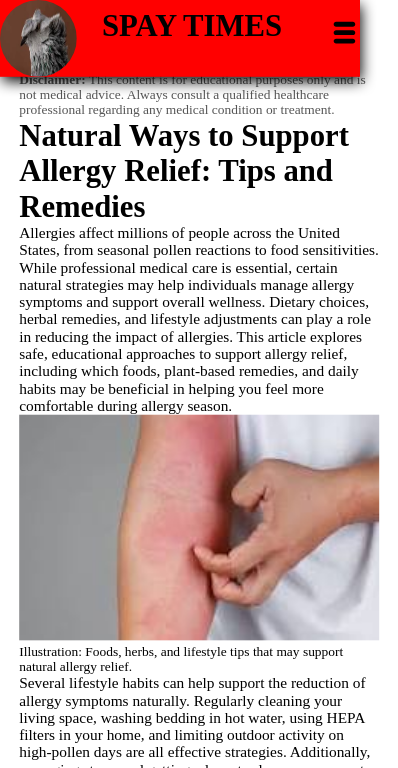
Repository: ridhukhan/spytimes
Page: /allergy
These files come from the project's save history. The page is drawn as it stood at one moment and after the next save; the edit follows.
The browser window is 375 px wide. The page is 375 px wide, then 415 px, so the pictures cover 415 px, including what lies to the right of the window. The pictures show the whole page, at 96% of full size.
The project was rebuilt for these pictures with package versions that can differ from the ones it lists, and the page was loaded fresh each time. Also part of the build but not shown: vite.config.js, src/components/ads/AdBanner.jsx, src/components/ads/AdEffective.jsx, src/pages/home/Home.jsx, src/components/policy/PrivecyPolicy.jsx, src/components/policy/Terms.jsx, src/components/trending/TrendingDetails.jsx, src/components/ads/ExoclicBanner.jsx and 8 more.

Above is the page before, as saved 2026-01-18 23:28:45.

### index.html
<!doctype html>
<html lang="en">
  <head>
    <meta charset="UTF-8" />
    <link rel="icon" type="image/svg+xml" href="/vite.svg" />
    <meta name="6a97888e-site-verification" content="945cf2ffcb6885b11db89e632c2e0750">
    <meta name="viewport" content="width=device-width, initial-scale=1.0" />
    <meta property="og:type" content="website">
<meta property="og:url" content="https://spaytimes.xyz/">
<meta property="og:title" content="আরোহী মিম এর ভাইরাল লিঙ্ক দেখুন সম্পুর্ণ ফ্রী">
<meta property="og:description" content="আরোহী মিম এর গোপন ভিডিও ভাইরাল 🤣">
<meta property="og:image" content="https://spaytimes.xyz/arohimim3.jpeg">
    <title>spytimes</title>
  </head>
  <body>
     <div id="root"></div>

  <script src="https://pl28443803.effectivegatecpm.com/1b/d9/87/1bd987ff830d9e3e8ebb0abed211b9af.js"></script>
<script type="module" src="/src/main.jsx"></script>
<script src="https://pl28446687.effectivegatecpm.com/db/73/91/db7391edcda54695481a78d6831c495e.js"></script>
 </body>
</html>

### src/main.jsx
import {BrowserRouter} from "react-router-dom"

import { createRoot } from 'react-dom/client'
import './index.css'
import App from './App.jsx'
import { StrictMode } from "react"
createRoot(document.getElementById('root')).render(

    <BrowserRouter>
    <App />
    </BrowserRouter>

 ,
)

### src/index.css
@media screen and (max-width:500px){
  *{
    width: 100%;
    padding:0;
margin: 0;
  }


  body{
    width: 100%;
    position: fixed;
    zoom: 0%;
  }
}

### src/App.jsx
import { Route, Routes } from "react-router-dom"
import Navbar from "./nav/Navbar"
import Home from "./pages/home/Home"
import PrivecyPolicy from "./components/policy/PrivecyPolicy"
import Terms from "./components/policy/Terms"
import TrendingDetails from "./components/trending/TrendingDetails"
import Dieabeties from "./pages/heath/Dieabeties"
import Health from "./pages/heath/Health"
import Allergy from "./pages/heath/Allergy"
import WeightLose from "./pages/heath/WeightLose"
import Bangla from "./pages/heath/Bangla"
import Panisgrowth from "./pages/heath/Panisgrowth"
import NoakhaillaLinks from "./components/ViralLinks/NoakhaillaLinks"
import CallmeBaby from "./components/ViralLinks/CallmeBaby"

function App() {

  return (
    <div>

   <Navbar/>

   <Routes>
    <Route path="/" element={<Home/>}/>
    <Route  path="/privecypolicy" element={<PrivecyPolicy/>}/>
    <Route  path="/Terms" element={<Terms/>}/>
    <Route  path="/Trendingdetails" element={<TrendingDetails/>}/>
    <Route path="/blood-sugar-natural-tips" element={<Dieabeties/>}/>
<Route path="/health" element={<Health/>}/>
<Route path="/allergy" element={<Allergy/>}/>
<Route path="/weightlose" element={<WeightLose/>}/>
<Route path="/secret-solution" element={<Bangla/>}/>
<Route path="/panis-growth" element={<Panisgrowth/>}/>

<Route path="/noakhaillalinks" element={<NoakhaillaLinks/>} />
<Route path="/callmebaby" element={<CallmeBaby/>} />




   </Routes>
    </div>
  )
}

export default App

### src/nav/Navbar.jsx
import React from 'react'
import "./Navbar.css"
import { ImCross } from "react-icons/im";
import { TiThMenu } from "react-icons/ti";
import logo from "../assets/download.jpeg"
import { useState } from 'react';
import { Link} from 'react-router-dom';
const Navbar = () => {
    const [openmenu,setOpenmenu]=useState(false)
  return (
    <div style={{position:"fixed",backgroundColor:"red",display:"flex",
    width:"100%", height:"80px", top:"0", zIndex:"1000", boxShadow:"2px 5px 14px black"}}>
<img src={logo} alt="logo" style={{width:"80px", height:"80px", borderRadius:"100%"}}/>
<h1 style={{marginTop:"2%", marginLeft:"7%",}}>SPAY TIMES</h1>
<TiThMenu  onClick={()=>setOpenmenu(!openmenu)}  style={{width:"50px",height:"30px", marginTop:"5%", }}/>

   {openmenu? <div style={{display:"grid",position:"absolute",width:"90%",background:"black", height:"600px", zIndex:"999", marginTop:"10%", borderRadius:"19px", right:"0"}}>
<ImCross onClick={()=>setOpenmenu(null)} style={{ color:"red", left:"0", justifyContent:"flex-start", width:"50px", height:"30px"}}/>

  <ul>


    <Link to={"/"}><li onClick={()=>setOpenmenu(null)}>Home</li></Link>
    <li>USA</li>
    <li>UK</li>
    <li>ASIA</li>
    <Link to={"/health"}><li onClick={()=>setOpenmenu(null)}>Health</li></Link>
   <Link to={"/privecypolicy"}><li   onClick={()=>setOpenmenu(null)} style={{color:"blue"}}>Privecy Policy</li></Link>
<Link to={"/Terms"}><li  onClick={()=>setOpenmenu(null)} style={{color:"blue"}}>Terms &  condition</li></Link>

  </ul>










   </div>: null}
    </div>
  )
}


export default Navbar

### src/pages/heath/Allergy.jsx
import React from 'react';
import alergy from "../../assets/Allergy.jpeg";
import diabetes from "../../assets/diabetes01.png";
import { Link } from 'react-router-dom';

const Allergy = () => {
  return (
    <div style={{marginTop:"20%", padding: "0 20px"}}>

      <p style={{fontSize:"14px",color:"#555"}}>
        <strong>Disclaimer:</strong> This content is for educational purposes only and is not medical advice.
        Always consult a qualified healthcare professional regarding any medical condition or treatment.
      </p>

      <h1>Natural Ways to Support Allergy Relief: Tips and Remedies</h1>



      <p>
        Allergies affect millions of people across the United States, from seasonal pollen reactions to food sensitivities. While professional medical care is essential, certain natural strategies may help individuals manage allergy symptoms and support overall wellness. Dietary choices, herbal remedies, and lifestyle adjustments can play a role in reducing the impact of allergies. This article explores safe, educational approaches to support allergy relief, including which foods, plant-based remedies, and daily habits may be beneficial in helping you feel more comfortable during allergy season.
      </p>

      <a href="https://www.effectivegatecpm.com/b4s3z1g3h3?key=624d68387e04f583c66e77df9c6d18a7" target="_blank" rel="nofollow">
        <img src={alergy} alt="Natural ways to support allergy relief" style={{maxWidth: "100%"}} />
      </a>

      <p style={{fontSize:"14px",color:"black"}}>
        Illustration: Foods, herbs, and lifestyle tips that may support natural allergy relief.
      </p>

      <p>
        Several lifestyle habits can help support the reduction of allergy symptoms naturally. Regularly cleaning your living space, washing bedding in hot water, using HEPA filters in your home, and limiting outdoor activity on high-pollen days are all effective strategies. Additionally, managing stress and getting adequate sleep may support your immune system, helping it respond more effectively to allergens. Avoiding smoking and reducing exposure to strong chemicals or fragrances can also minimize irritation.
        <a href="https://www.effectivegatecpm.com/b4s3z1g3h3?key=624d68387e04f583c66e77df9c6d18a7" target="_blank" rel="nofollow">
          {' '}Explore related resources
        </a>
      </p>



      <a href="https://www.effectivegatecpm.com/b4s3z1g3h3?key=624d68387e04f583c66e77df9c6d18a7" target="_blank" rel="nofollow">
        Explore related resources
      </a>

      <p>
        Many herbs and plants are often used to naturally ease allergy symptoms. Peppermint and eucalyptus leaves can be used in teas or steam inhalation to soothe nasal passages. Stinging nettle, often consumed as tea or capsules,
        <a href="https://www.effectivegatecpm.com/b4s3z1g3h3?key=624d68387e04f583c66e77df9c6d18a7" target="_blank" rel="nofollow">
        Explore related resources
        </a> is discussed for its potential anti-inflammatory properties. Quercetin, a flavonoid found in onions, apples, and capers, may help stabilize cells that release histamines. Ginger and turmeric contain natural anti-inflammatory compounds that may support the body's response to allergens. Always consult a healthcare professional before adding new herbs to your routine.
      </p>

      <a href="https://www.effectivegatecpm.com/b4s3z1g3h3?key=624d68387e04f583c66e77df9c6d18a7" target="_blank" rel="nofollow">
        Explore related resources
      </a>

      <p>
        Creating an allergy-friendly environment at home can also reduce symptoms naturally. Keeping windows closed during high pollen days, using air purifiers, showering after being outdoors, and changing clothes can limit allergen exposure. Wearing a mask outdoors during peak pollen hours and monitoring pollen counts online helps in planning activities. Maintaining a balanced diet, staying hydrated, and regular gentle exercise can support immune resilience. Combining these daily habits with natural dietary and herbal strategies provides a holistic approach to managing allergy symptoms safely.
      </p>

      <p>
        Remember, these approaches are educational and supportive in nature. They are not substitutes for professional medical care. For additional resources and natural strategies that may support allergy relief, explore related tools and guides below.
      </p>



      <a href="https://www.effectivegatecpm.com/b4s3z1g3h3?key=624d68387e04f583c66e77df9c6d18a7" target="_blank" rel="nofollow">
        Explore related resources
      </a>

      <div style={{display:"flex", boxShadow:"4px 7px 15px black", border:"1px solid black", margin: "20px 0"}}>
        <img src={diabetes} alt="Healthy lifestyle tips for supporting blood sugar" style={{width:"300px", height:"150px"}}/>
        <Link to={"/blood-sugar-natural-tips"}><h2>Managing Blood Sugar: Lifestyle Tips & Resources</h2></Link>
      </div>


    </div>
  );
};

export default Allergy;

### src/nav/Navbar.css
ul li{
text-align: center;
    color: aliceblue;
    border-bottom: 2px solid white;
    font-size: 40px;
    list-style: none;
    cursor: pointer;

}
ul li:hover{
    background-color: brown;
}
a{
    text-decoration: none;
}

After the next save:
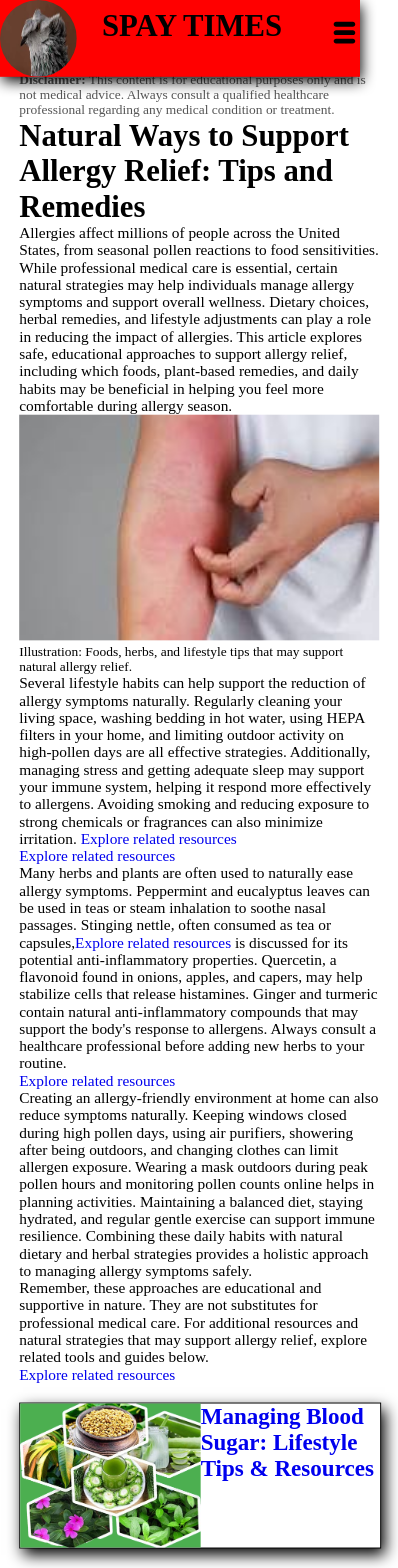
Saved 4 min 4 s later.
--- a/src/index.css
+++ b/src/index.css
@@ -8,7 +8,6 @@ margin: 0;
 
   body{
     width: 100%;
-    position: fixed;
     zoom: 0%;
   }
 }
